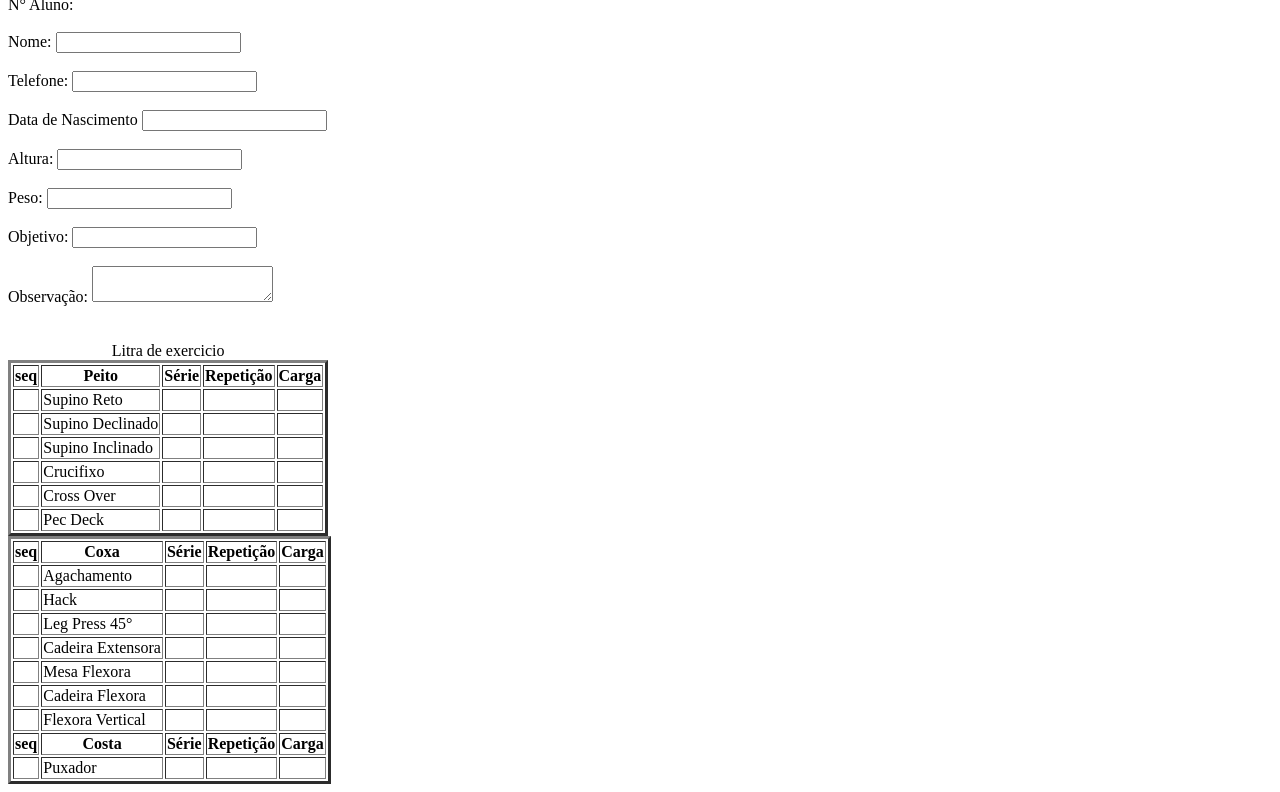
Repository: luisjonson/ProjetoWebAcademia
Page: Projeto_Web/RepositorioWebProject/WebContent/FichaAluno.html
An editor plug-in stored every save of this project. The page is shown before and after the next save, followed by the edit.
The browser window is 1280 px wide. The pictures show the part of the page from y = 340 to 1252 px (the page is 1132 px tall before and 1252 px after).
A picture or video elsewhere on the page could not be fetched, so the positions and the page height are approximate.

Above is the page before, as saved 2017-04-05 02:32:48.

After the next save:
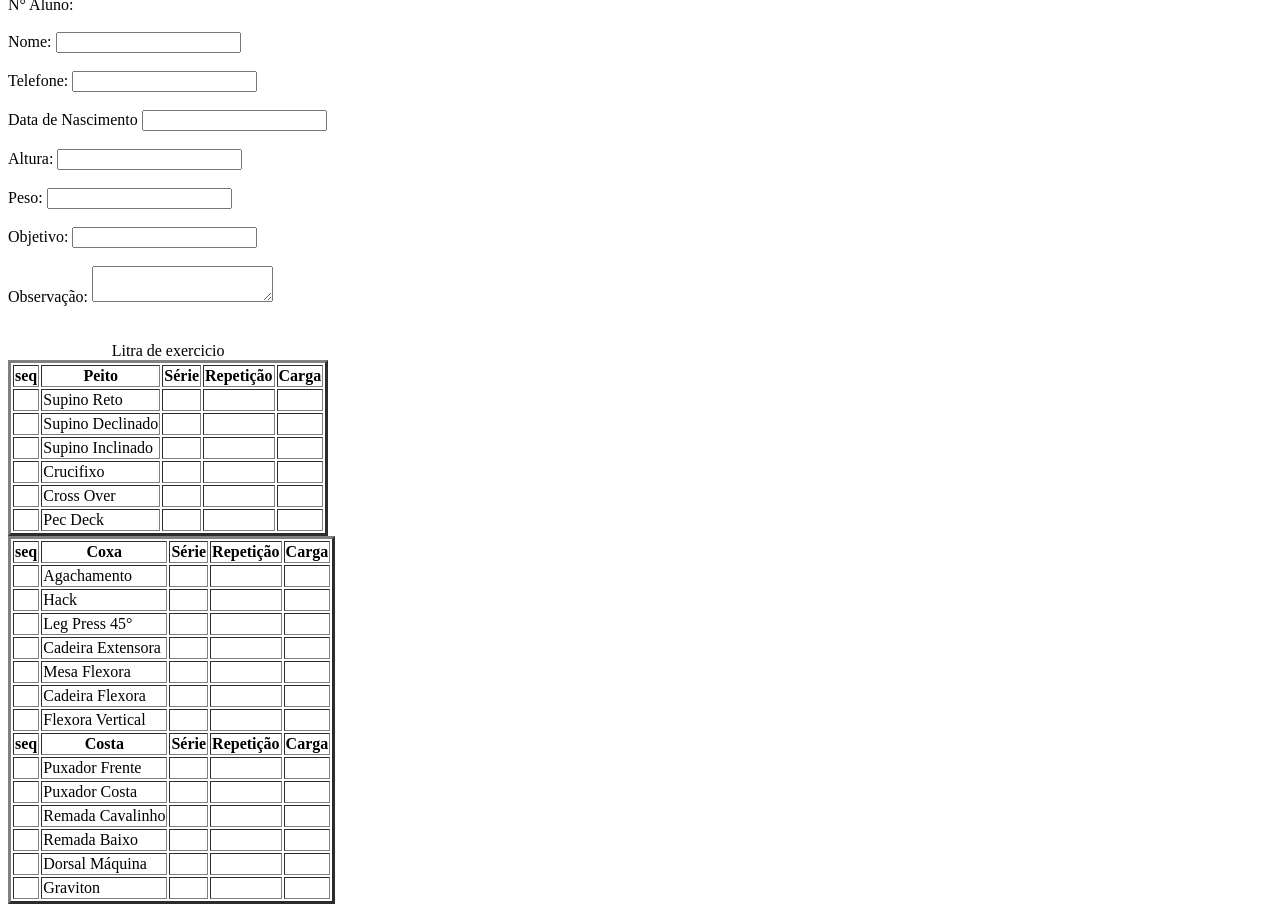
Saved 3 min 24 s later.
--- a/Projeto_Web/RepositorioWebProject/WebContent/FichaAluno.html
+++ b/Projeto_Web/RepositorioWebProject/WebContent/FichaAluno.html
@@ -167,12 +167,51 @@
 
 			<tr>
 				<td></td>
-				<td>Puxador</td>
-				<td></td>
-				<td></td>
-				<td></td>
-			</tr>
-
+				<td>Puxador Frente</td>
+				<td></td>
+				<td></td>
+				<td></td>
+			</tr>
+
+			<tr>
+				<td></td>
+				<td>Puxador Costa</td>
+				<td></td>
+				<td></td>
+				<td></td>
+			</tr>
+
+			<tr>
+				<td></td>
+				<td>Remada Cavalinho</td>
+				<td></td>
+				<td></td>
+				<td></td>
+			</tr>
+
+			<tr>
+				<td></td>
+				<td>Remada Baixo</td>
+				<td></td>
+				<td></td>
+				<td></td>
+			</tr>
+
+			<tr>
+				<td></td>
+				<td>Dorsal Máquina</td>
+				<td></td>
+				<td></td>
+				<td></td>
+			</tr>
+
+			<tr>
+				<td></td>
+				<td>Graviton</td>
+				<td></td>
+				<td></td>
+				<td></td>
+			</tr>
 	</table>
 </body>
 </html>
